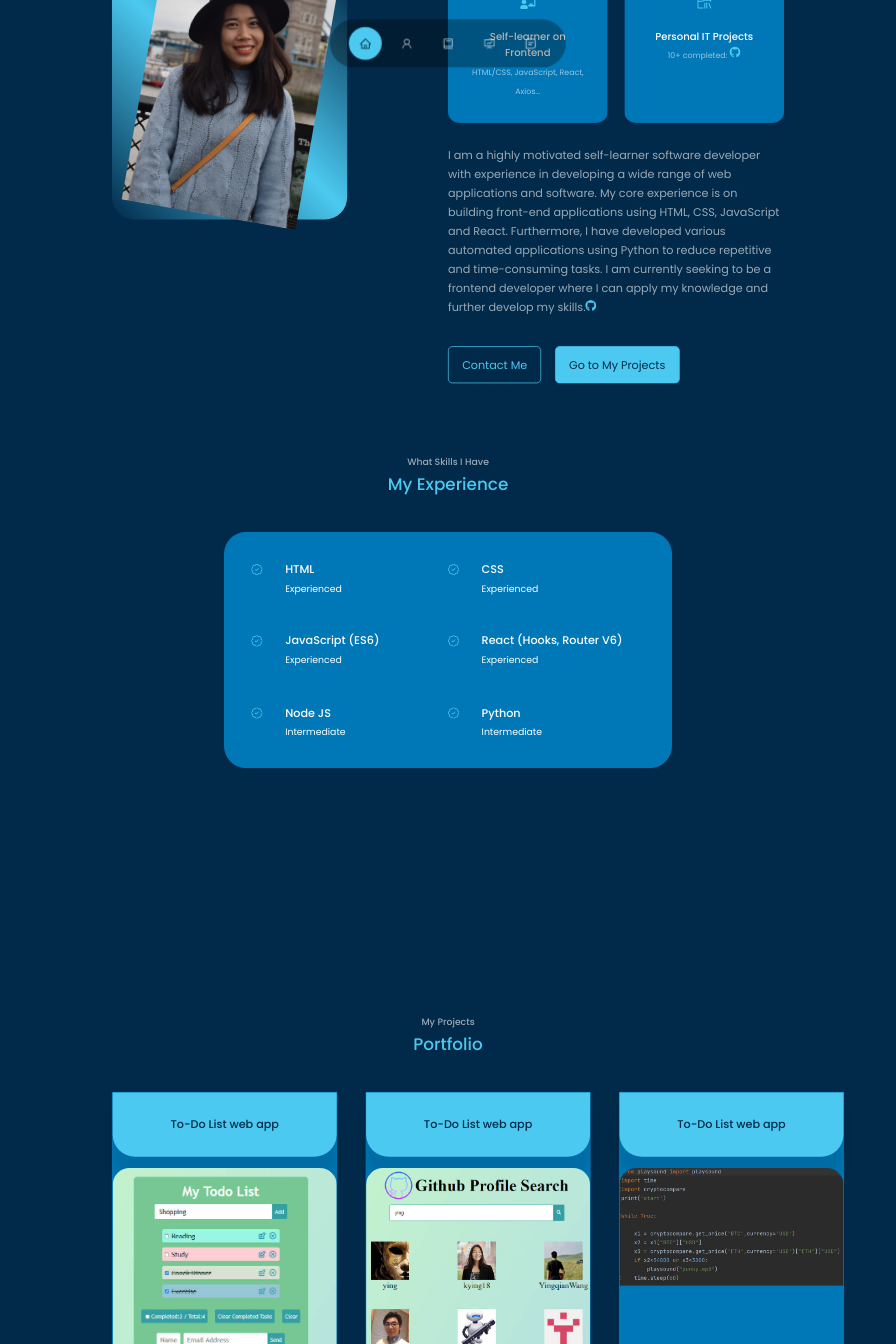
Repository: yingluo1020/react-portfolio-website
Page: /
The author's editor kept a copy of each file at every save. The page is drawn from the files as they stood at one save, then again after the next save.
The browser window is 1280 px wide. The pictures show the part of the page from y = 592 to 2512 px (the page is 3983 px tall), at 70% of full size.
The project was rebuilt for these pictures with package versions that can differ from the ones it lists, and the page was loaded fresh each time. Imported but missing from the stored project, and not drawn on this page: src/assets/cv1.pdf.

Above is the page before, as saved 2022-03-16 10:34:05.

After the next save:
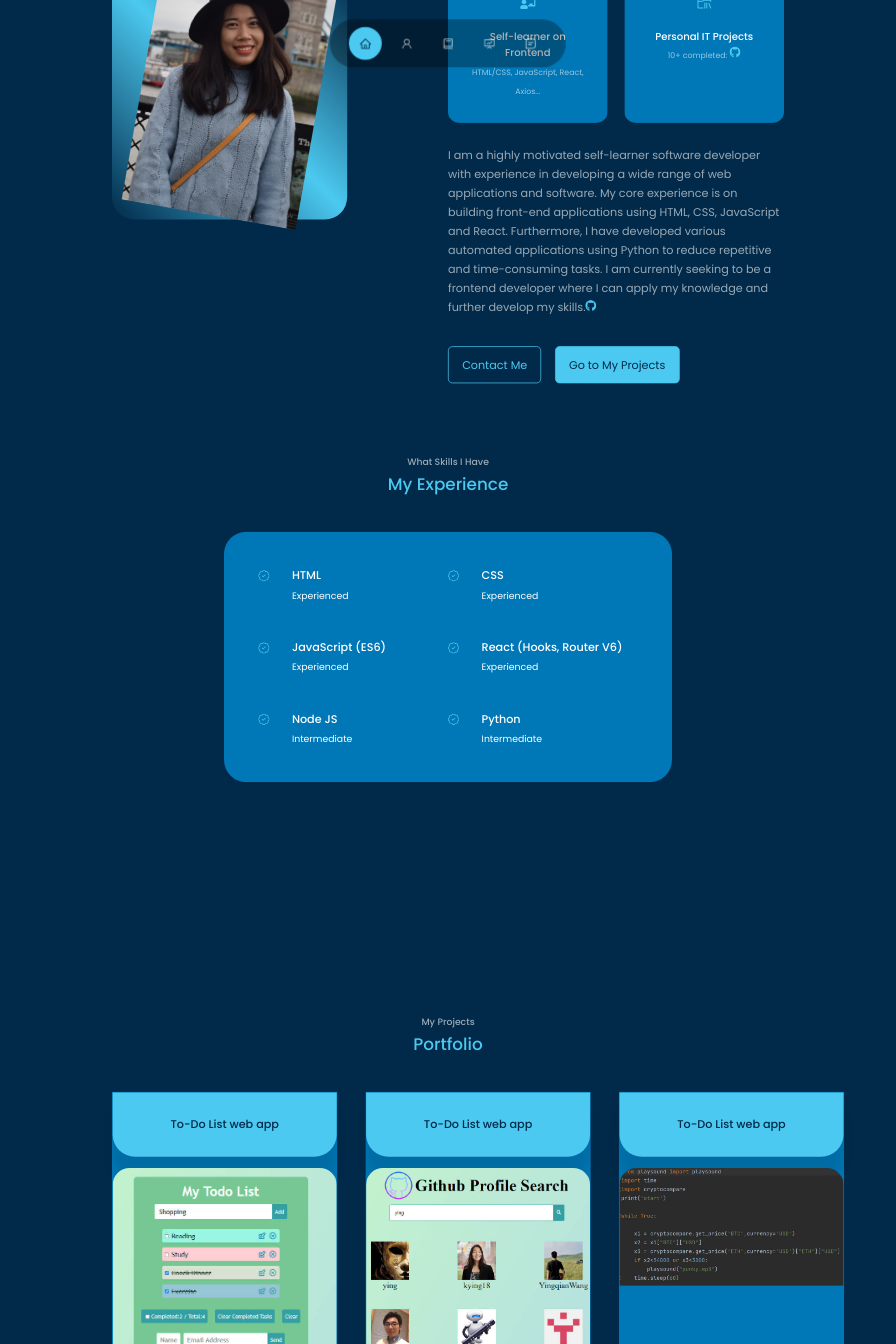
Saved 22 s later.
--- a/src/components/experience/experience.css
+++ b/src/components/experience/experience.css
@@ -5,7 +5,7 @@
     justify-items:  stretch;
     row-gap: 3rem;
     background: var(--color-bg-variant);
-    padding: 2.4rem;
+    padding: 3rem;
     border-radius: 2rem;
     border: 1px solid transparent;
     transition: var(--transition);
